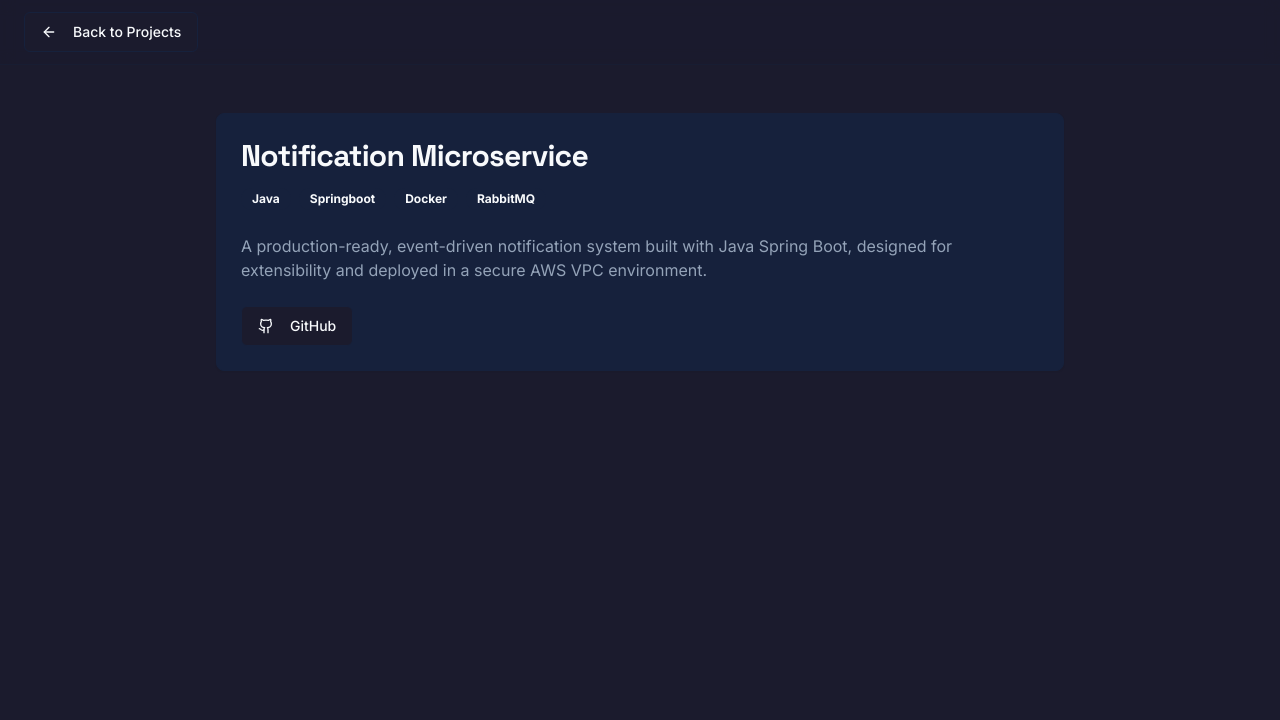
Repository: jagwar7/connect-jagwar
Page: /projects/project-1
An editor plug-in stored every save of this project. The page is shown before and after a run of saves, followed by the edit.
The browser window is 1280 px wide. The pictures show the whole page.
The project was rebuilt for these pictures with package versions that can differ from the ones it lists, and the page was loaded fresh each time. The framework's server and built-in components were replaced by stand-ins that run in the browser. Also part of the build but not shown: next.config.ts.

Above is the page before, as saved 2026-04-26 22:17:25.

After the next 6 saves:
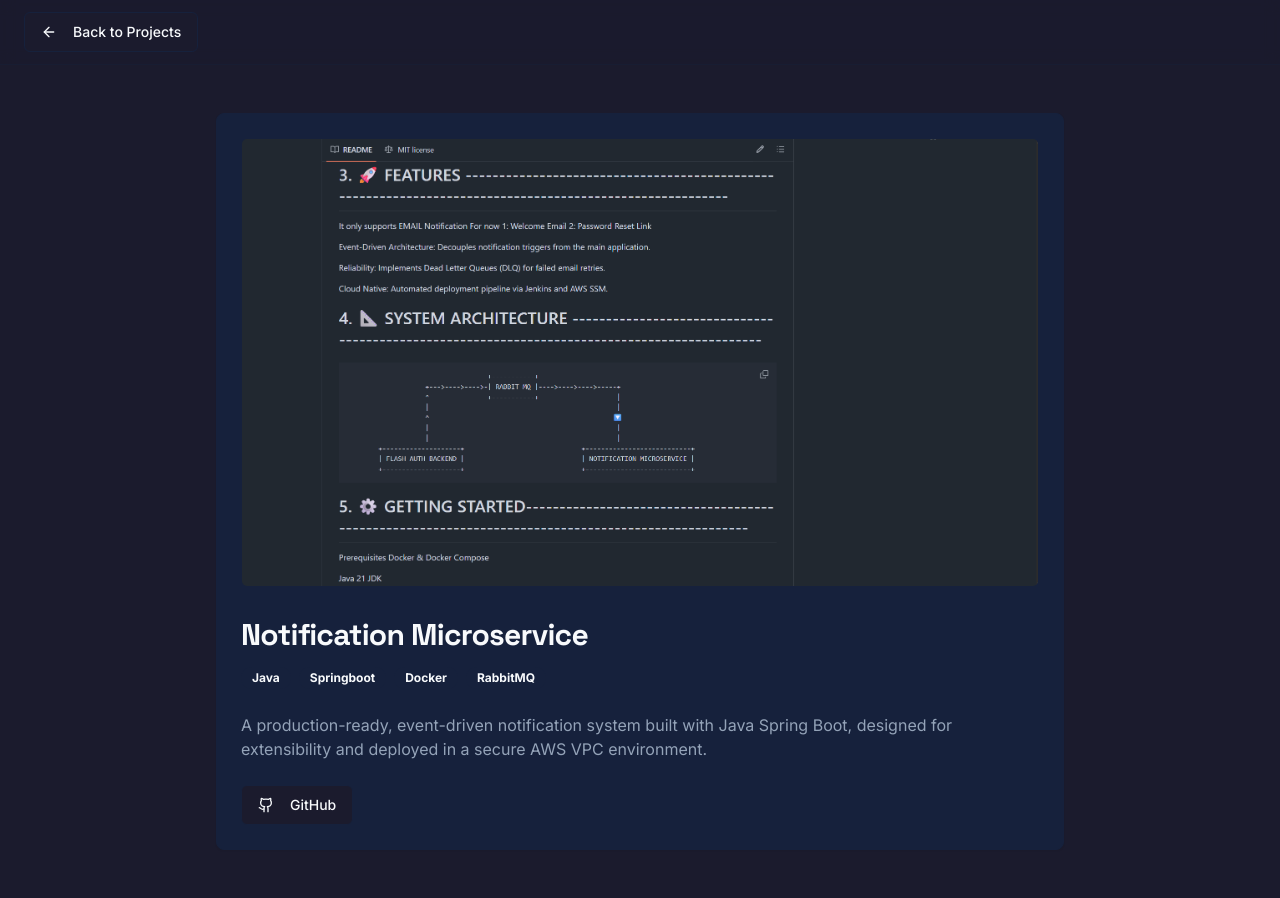
The 6 saves are shown as one change because 1 did not build or start and some came seconds apart.
The last was saved 2 min 16 s later.
--- a/src/app/projects/[id]/page.tsx
+++ b/src/app/projects/[id]/page.tsx
@@ -21,7 +21,7 @@ export default function ProjectPage({ params }: { params: { id: string } }) {
     notFound();
   }
 
-  const projectImage = PlaceHolderImages.find(p => p.id === project.image);
+  const projectImage = project.image;
 
   const getLiveLinkButton = () => {
     if (!project.deploymentUrl || project.deploymentUrl === '#') {
@@ -69,12 +69,12 @@ export default function ProjectPage({ params }: { params: { id: string } }) {
             {projectImage && (
               <div className="aspect-video overflow-hidden rounded-md border mb-6">
                 <Image
-                  src={projectImage.imageUrl}
+                  src={projectImage}
                   alt={project.title}
                   width={800}
                   height={450}
                   className="h-full w-full object-cover"
-                  data-ai-hint={projectImage.imageHint}
+                  data-ai-hint={projectImage}
                 />
               </div>
             )}
